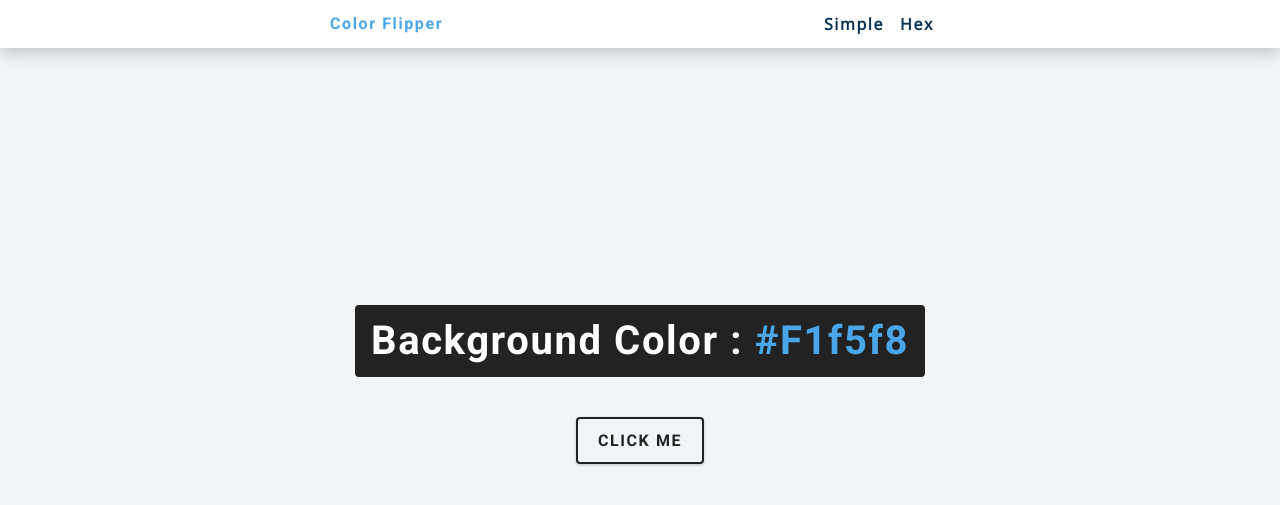
Repository: DogukanSAVA/JavascriptLearn
Page: Color Flipper/hex.html
These files come from the project's save history. The page is drawn as it stood at one moment and after a run of saves; the edit follows.
The browser window is 1280 px wide. The pictures show the whole page.

Above is the page before, as saved 2021-09-12 14:20:25.

After the next 2 saves:
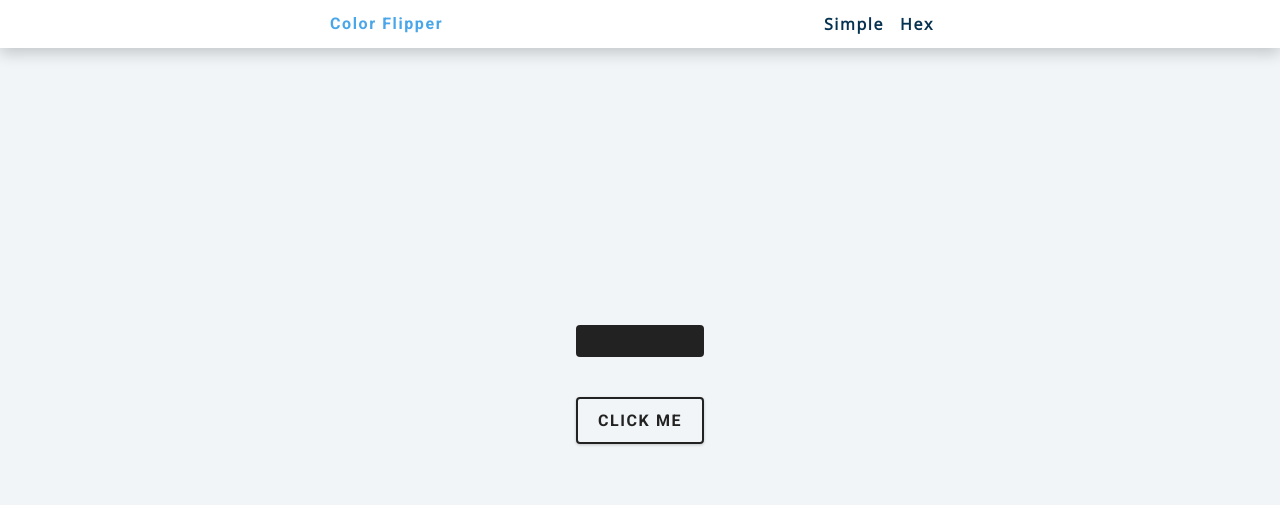
The 2 saves are shown as one change because they came seconds apart.
The last was saved 13 s later.
--- a/Color Flipper/hex.html
+++ b/Color Flipper/hex.html
@@ -22,7 +22,7 @@
           </nav>
           <main>
                     <div class="container">
-                              <h2>background color : <span class="color">#f1f5f8</span></h2>
+                              <h2> <span class="color"></span></h2>
                               <button class="btn btn-hero" id="btn">click me</button>
                     </div>
           </main>
